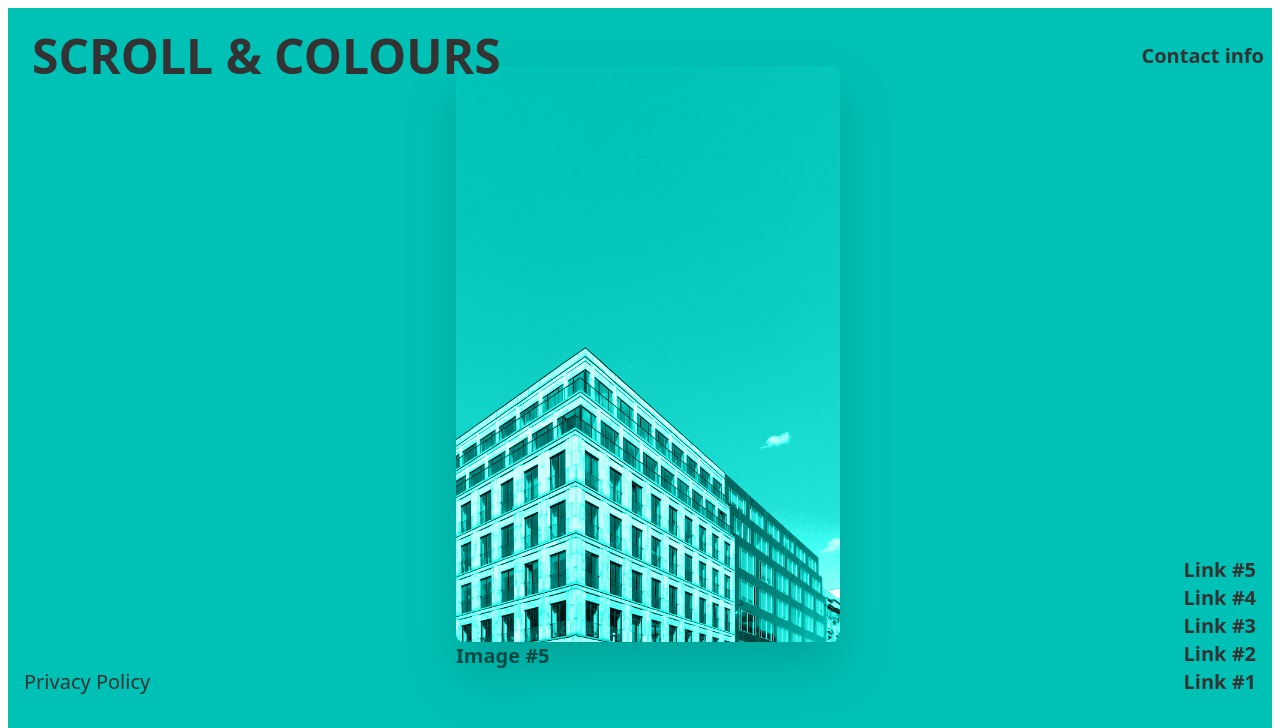
Repository: chelle-c/smooth-scroll-colours
Page: /
An editor plug-in stored every save of this project. The page is shown before and after the next save, followed by the edit.
The browser window is 1280 px wide. The pictures show the whole page.
An inner scrolling area shows only its first screen. The project was rebuilt for these pictures with package versions that can differ from the ones it lists, and the page was loaded fresh each time. Imported but missing from the stored project, and not drawn on this page: images.

Above is the page before, as saved 2022-09-21 23:25:25.

### src/App.svelte
<script>
	import '/images/';
</script>

<main
	class="min-w-full min-h-screen flex flex-col scrollsnap-container scroll-smooth"
>
	<div
		class="min-w-full p-6 flex flex-row justify-between items-center z-10 fixed"
	>
		<div>
			<h1 class="font-sans font-bold text-5xl uppercase">
				Scroll & Colours
			</h1>
		</div>
		<div class="font-sans font-bold text-xl">Contact info</div>
	</div>

	<section
		class="flex min-w-full min-h-screen justify-center items-center transition-colors snap-always snap-center"
		id="section5"
	>
		<div class="flex flex-col mix-blend-luminosity drop-shadow-2xl">
			<img
				class="w-96 rounded-lg"
				src="/images/image-turquoise.jpg"
				alt="White building against turquoise sky"
			/>
			<h3 class="font-sans font-bold text-xl">Image #5</h3>
		</div>
	</section>

	<section
		class="flex min-w-full min-h-screen justify-center items-center transition-colors snap-always snap-center"
		id="section4"
	>
		<div class="mix-blend-luminosity drop-shadow-2xl">
			<img
				class="w-96 rounded-lg"
				src="/images/image-orange.jpg"
				alt="White building against turquoise sky"
			/>
		</div>
	</section>

	<section
		class="flex min-w-full min-h-screen justify-center items-center transition-colors snap-always snap-center"
		id="section3"
	>
		<div class="mix-blend-luminosity drop-shadow-2xl">
			<img
				class="w-96 rounded-lg"
				src="/images/image-yellow.jpg"
				alt="White building against turquoise sky"
			/>
		</div>
	</section>

	<section
		class="flex min-w-full min-h-screen justify-center items-center transition-colors snap-always snap-center"
		id="section2"
	>
		<div class="mix-blend-luminosity drop-shadow-2xl">
			<img
				class="w-96 rounded-lg"
				src="/images/image-blue.jpg"
				alt="White building against turquoise sky"
			/>
		</div>
	</section>

	<section
		class="flex min-w-full min-h-screen justify-center items-center transition-colors snap-always snap-center"
		id="section1"
	>
		<div class="mix-blend-luminosity drop-shadow-2xl">
			<img
				class="w-96 rounded-lg"
				src="/images/image-red.jpg"
				alt="White building against turquoise sky"
			/>
		</div>
	</section>
	<div
		class="min-w-full p-6 flex flex-row justify-between items-end z-10 fixed bottom-0 left-0 pointer-events-none"
	>
		<div class="font-sans text-xl pointer-events-auto">Privacy Policy</div>
		<div class="font-sans font-semibold text-xl pointer-events-auto">
			<ul>
				<li><a href="#section5">Link #5</a></li>
				<li><a href="#section4">Link #4</a></li>
				<li><a href="#section3">Link #3</a></li>
				<li><a href="#section2">Link #2</a></li>
				<li><a href="#section1">Link #1</a></li>
			</ul>
		</div>
	</div>
</main>

<style global lang="postcss">
	@tailwind base;
	@tailwind components;
	@tailwind utilities;

	:global(body) {
		margin: 0;
		padding: 0;
		overflow: hidden;
	}

	.scrollsnap-container {
		max-height: 100vh;
		overflow-x: hidden;
		overflow-y: scroll;
		scroll-snap-type: mandatory; /* for older browsers */
		scroll-snap-points-y: repeat(100vh); /* for older browsers */
		scroll-snap-type: y mandatory;
		background: transparent;
		scrollbar-width: none;
	}

	a,
	a:visited {
		color: inherit;
	}

	section {
		display: flex;
		justify-content: center;
		align-items: center;
		width: 100vw;
		height: 100vh;
		scroll-snap-align: start;
		position: relative;
		background: inherit;
	}

	#section5 {
		background: #00c1b5;
	}

	#section4 {
		background: #ff651a;
	}

	#section3 {
		background: #ffbe00;
	}

	#section2 {
		background: #1d3fbb;
	}

	#section1 {
		background: #e30512;
	}
</style>

### tailwind.config.js
/** @type {import('tailwindcss').Config} */
const production = process.env.NODE_ENV !== 'development'
module.exports = {
	future: {
		purgeLayersByDefault: true,
		removeDeprecatedGapUtilities: true,
	},
	purge: {
		content: ['./src/**/*.svelte'],
		enabled: production, // disable purge in dev
	},
	content: [],
	theme: {
		extend: {},
	},
	plugins: [],
};

### public/global.css
html, body {
	position: relative;
	width: 100%;
	height: 100%;
}

body {
	color: #333;
	margin: 0;
	padding: 8px;
	box-sizing: border-box;
	font-family: -apple-system, BlinkMacSystemFont, "Segoe UI", Roboto, Oxygen-Sans, Ubuntu, Cantarell, "Helvetica Neue", sans-serif;
}

a {
	color: rgb(0,100,200);
	text-decoration: none;
}

a:hover {
	text-decoration: underline;
}

a:visited {
	color: rgb(0,80,160);
}

label {
	display: block;
}

input, button, select, textarea {
	font-family: inherit;
	font-size: inherit;
	-webkit-padding: 0.4em 0;
	padding: 0.4em;
	margin: 0 0 0.5em 0;
	box-sizing: border-box;
	border: 1px solid #ccc;
	border-radius: 2px;
}

input:disabled {
	color: #ccc;
}

button {
	color: #333;
	background-color: #f4f4f4;
	outline: none;
}

button:disabled {
	color: #999;
}

button:not(:disabled):active {
	background-color: #ddd;
}

button:focus {
	border-color: #666;
}

Loaded but not shown: public/index.html (common file); src/main.js (common file)

After the next save:
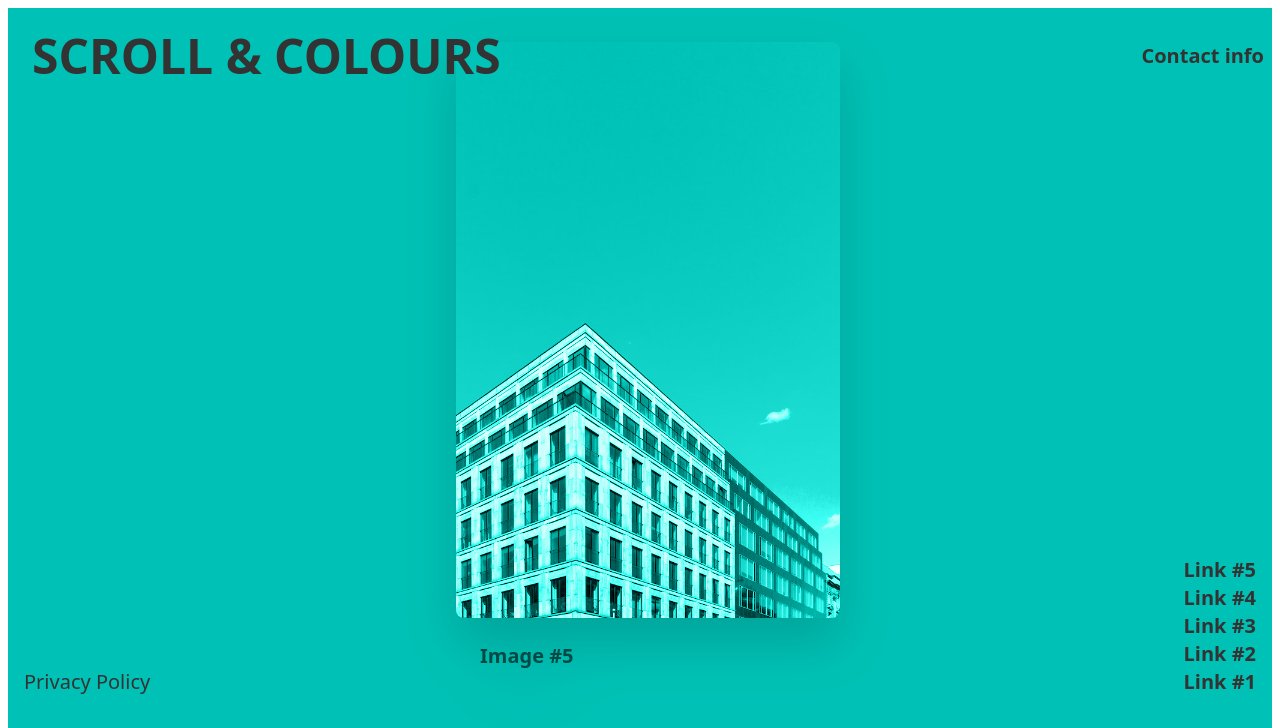
Saved 11 s later.
--- a/src/App.svelte
+++ b/src/App.svelte
@@ -26,7 +26,7 @@
 				src="/images/image-turquoise.jpg"
 				alt="White building against turquoise sky"
 			/>
-			<h3 class="font-sans font-bold text-xl">Image #5</h3>
+			<h3 class="font-sans font-bold text-xl p-6">Image #5</h3>
 		</div>
 	</section>
 
